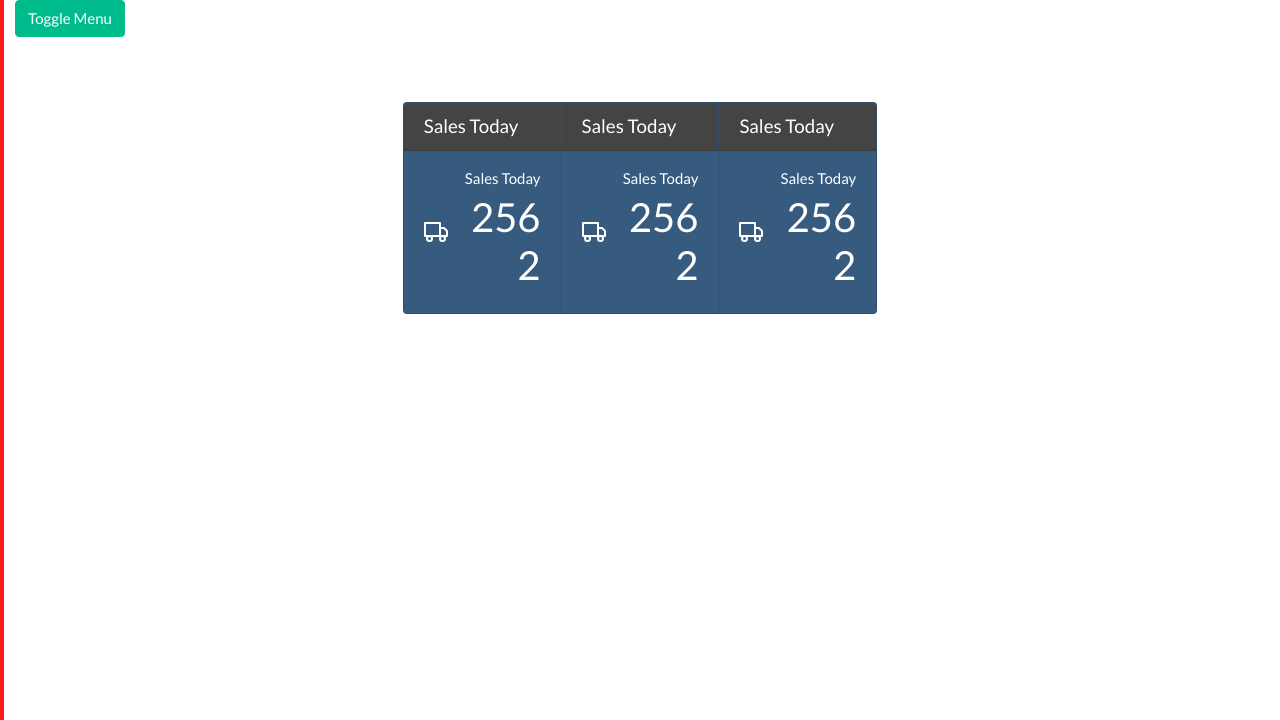
Repository: valenovi76/Delivery-Dashboard
Page: Index.html
The author's editor kept a record of every edit. The page is drawn from the files as they stood at one moment, then again after the next edit.
The browser window is 1280 px wide. The pictures show the whole page.
Some web libraries are served in a nearby version.

Above is the page before.
Console error: TypeError: Cannot read properties of null (reading 'textContent')

After the next edit:
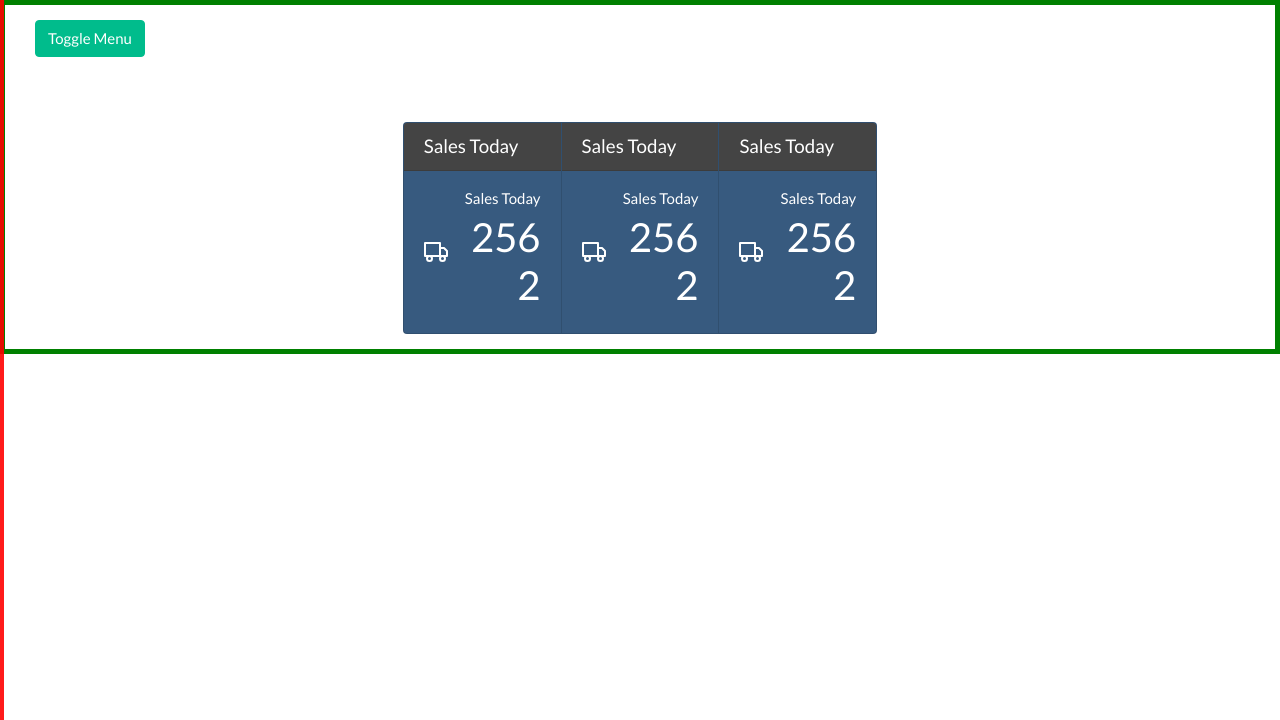
The edit:
--- a/static/css/style.css
+++ b/static/css/style.css
@@ -14,7 +14,7 @@
 }
 
 /* main content*/
-#content-wrapper{
+#page-content-wrapper{
     width:100%;
     position:absolute;
     padding:15px;
